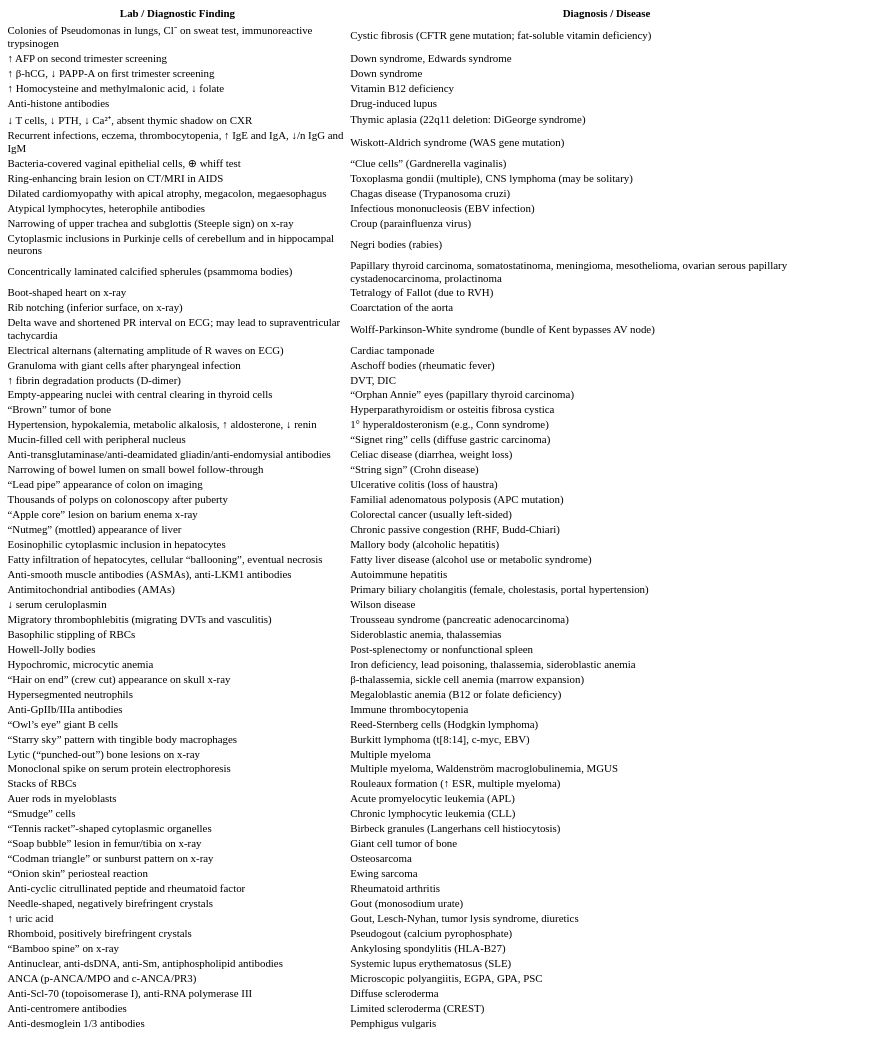
Repository: sharperdragon/STEVEL-1-Summaries
Page: subdex/rapid_findings.table.html
An editor plug-in stored every save of this project. The page is shown before and after the next save, followed by the edit.
The browser window is 1280 px wide. The pictures show the whole page, at 68% of full size.

Above is the page before, as saved 2025-05-21 08:19:14.

After the next save:
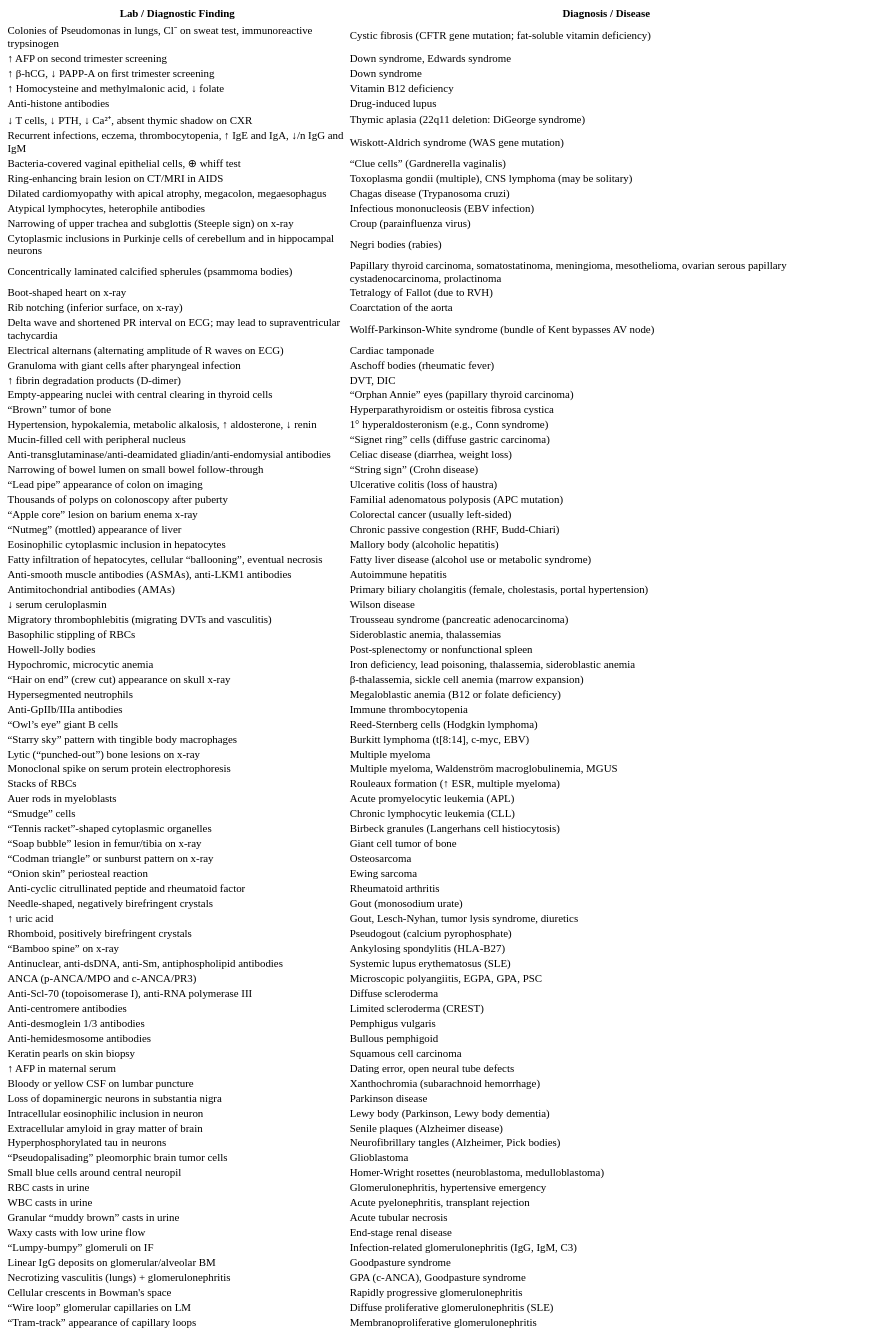
Saved 55 s later.
--- a/subdex/rapid_findings.table.html
+++ b/subdex/rapid_findings.table.html
@@ -260,5 +260,85 @@
         <td>Pemphigus vulgaris</td>
       </tr>
     </tbody>
+      <tr>
+        <td>Anti-hemidesmosome antibodies</td>
+        <td>Bullous pemphigoid</td>
+      </tr>
+      <tr>
+        <td>Keratin pearls on skin biopsy</td>
+        <td>Squamous cell carcinoma</td>
+      </tr>
+      <tr>
+        <td>↑ AFP in maternal serum</td>
+        <td>Dating error, open neural tube defects</td>
+      </tr>
+      <tr>
+        <td>Bloody or yellow CSF on lumbar puncture</td>
+        <td>Xanthochromia (subarachnoid hemorrhage)</td>
+      </tr>
+      <tr>
+        <td>Loss of dopaminergic neurons in substantia nigra</td>
+        <td>Parkinson disease</td>
+      </tr>
+      <tr>
+        <td>Intracellular eosinophilic inclusion in neuron</td>
+        <td>Lewy body (Parkinson, Lewy body dementia)</td>
+      </tr>
+      <tr>
+        <td>Extracellular amyloid in gray matter of brain</td>
+        <td>Senile plaques (Alzheimer disease)</td>
+      </tr>
+      <tr>
+        <td>Hyperphosphorylated tau in neurons</td>
+        <td>Neurofibrillary tangles (Alzheimer, Pick bodies)</td>
+      </tr>
+      <tr>
+        <td>“Pseudopalisading” pleomorphic brain tumor cells</td>
+        <td>Glioblastoma</td>
+      </tr>
+      <tr>
+        <td>Small blue cells around central neuropil</td>
+        <td>Homer-Wright rosettes (neuroblastoma, medulloblastoma)</td>
+      </tr>
+      <tr>
+        <td>RBC casts in urine</td>
+        <td>Glomerulonephritis, hypertensive emergency</td>
+      </tr>
+      <tr>
+        <td>WBC casts in urine</td>
+        <td>Acute pyelonephritis, transplant rejection</td>
+      </tr>
+      <tr>
+        <td>Granular “muddy brown” casts in urine</td>
+        <td>Acute tubular necrosis</td>
+      </tr>
+      <tr>
+        <td>Waxy casts with low urine flow</td>
+        <td>End-stage renal disease</td>
+      </tr>
+      <tr>
+        <td>“Lumpy-bumpy” glomeruli on IF</td>
+        <td>Infection-related glomerulonephritis (IgG, IgM, C3)</td>
+      </tr>
+      <tr>
+        <td>Linear IgG deposits on glomerular/alveolar BM</td>
+        <td>Goodpasture syndrome</td>
+      </tr>
+      <tr>
+        <td>Necrotizing vasculitis (lungs) + glomerulonephritis</td>
+        <td>GPA (c-ANCA), Goodpasture syndrome</td>
+      </tr>
+      <tr>
+        <td>Cellular crescents in Bowman's space</td>
+        <td>Rapidly progressive glomerulonephritis</td>
+      </tr>
+      <tr>
+        <td>“Wire loop” glomerular capillaries on LM</td>
+        <td>Diffuse proliferative glomerulonephritis (SLE)</td>
+      </tr>
+      <tr>
+        <td>“Tram-track” appearance of capillary loops</td>
+        <td>Membranoproliferative glomerulonephritis</td>
+      </tr>
   </table>
 </div>
